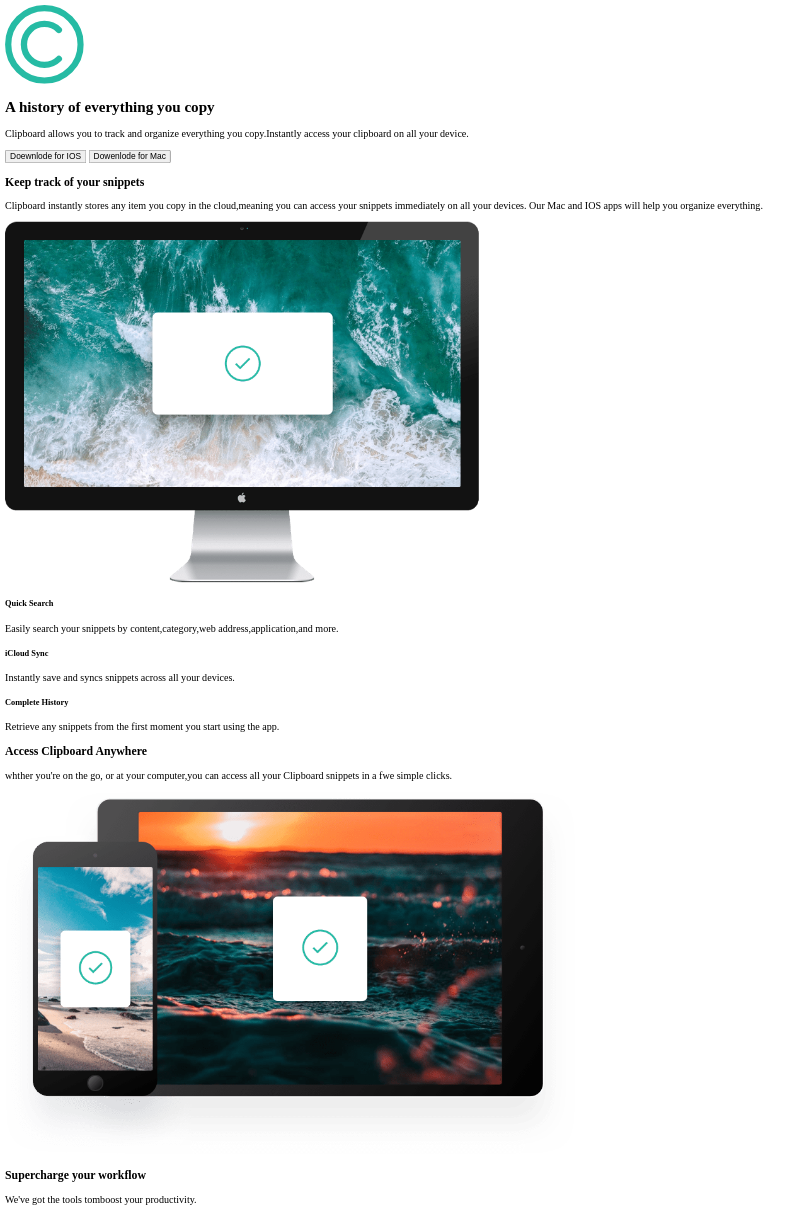
Repository: moataz305G/Clipboard-landing-page
Page: index.html
The author's editor kept a copy of each file at every save. The page is drawn from the files as they stood at one save, then again after the next save.
The browser window is 1280 px wide. The pictures show the whole page, at 63% of full size.

Above is the page before, as saved 2025-12-03 14:20:50.

After the next save:
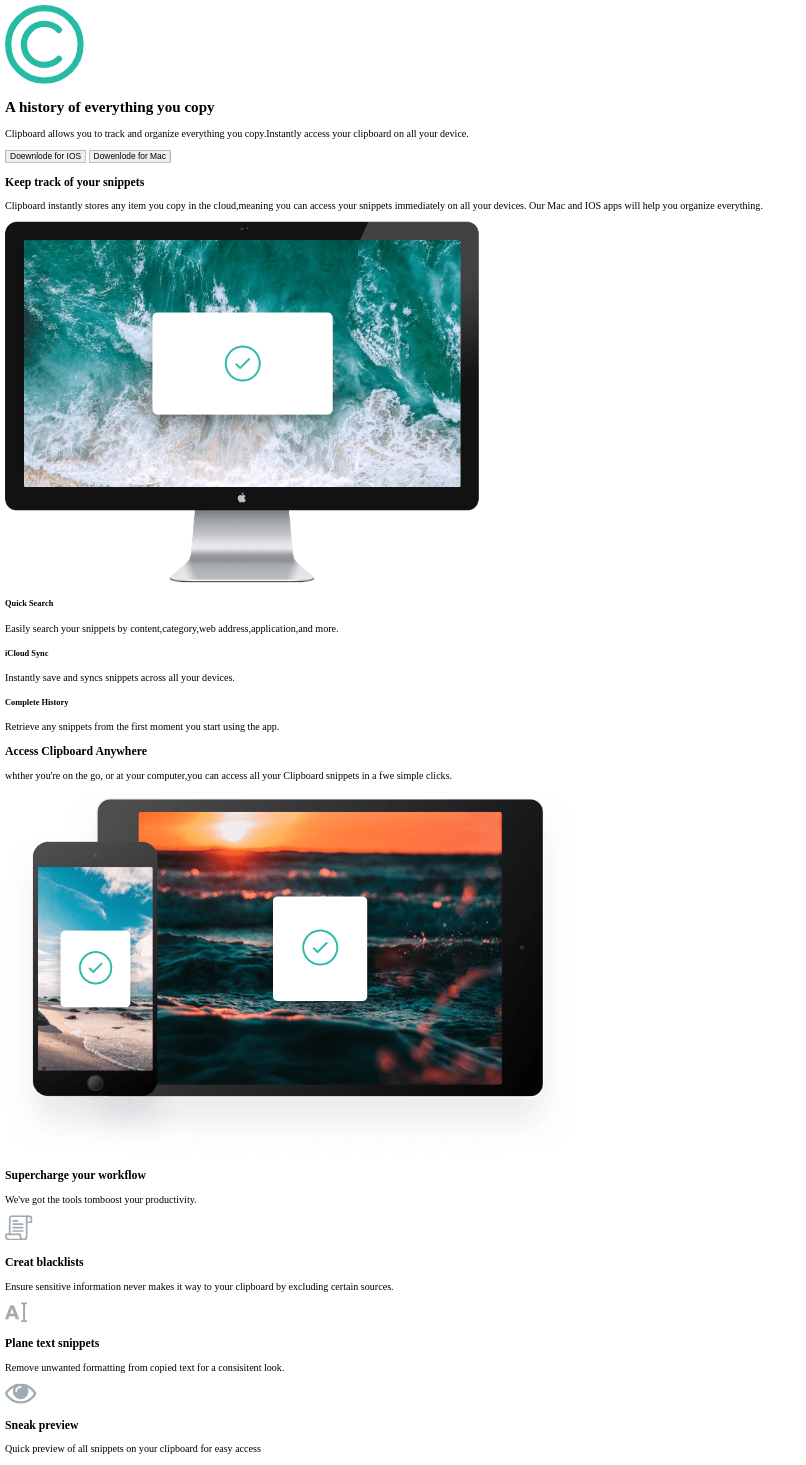
Saved 20 min 46 s later.
--- a/index.html
+++ b/index.html
@@ -64,6 +64,34 @@
 
         <h3>Supercharge your workflow</h3>
         <p>We've got the tools tomboost your productivity.</p>
+
+        <div class="tools">
+          <div class="blacklist">
+            <img src="images/icon-blacklist.svg " />
+            <h3>Creat blacklists</h3>
+            <p>
+              Ensure sensitive information never makes it way to your clipboard
+              by excluding certain sources.
+            </p>
+
+            <div class="Plane-text">
+              <img src="images/icon-text.svg" />
+              <h3>Plane text snippets</h3>
+              <p>
+                Remove unwanted formatting from copied text for a consisitent
+                look.
+              </p>
+            </div>
+
+            <div class="preview">
+              <img src="images/icon-preview.svg " />
+              <h3>Sneak preview</h3>
+              <p>
+                Quick preview of all snippets on your clipboard for easy access
+              </p>
+            </div>
+          </div>
+        </div>
       </div>
     </article>
 
